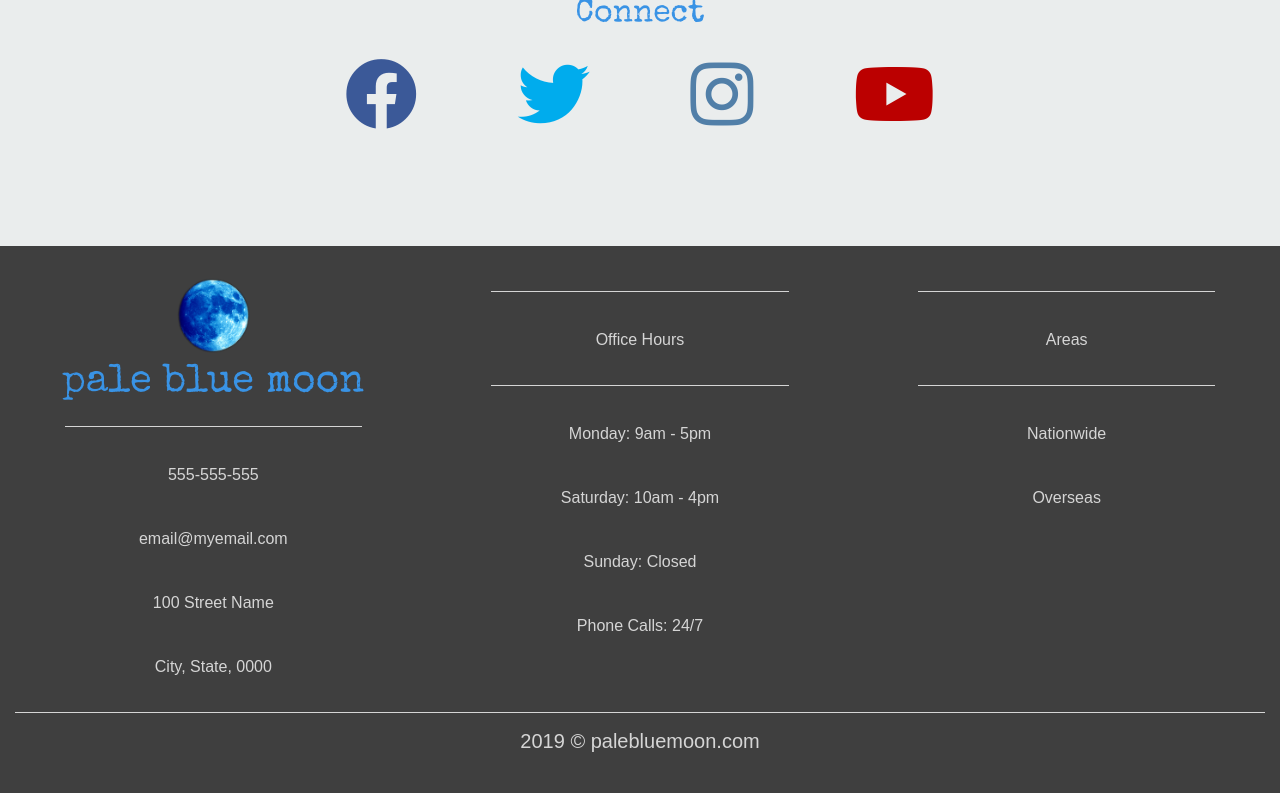
Repository: Skillabill/pale_blue_moon
Page: photos.html
The author's editor kept a record of every edit. The page is drawn from the files as they stood at one moment, then again after the next edit.
The browser window is 1280 px wide. The pictures show the part of the page from y = 1053 to 1870 px (the page is 1846 px tall before and 1870 px after).
A picture or video elsewhere on the page could not be fetched, so the positions and the page height are approximate. Some web fonts or font styles are not loaded; a fallback is used. Some web libraries are served in a nearby version.

Above is the page before.

### photos.html
<!DOCTYPE html>
<html lang="en">

<head>
    <meta charset="UTF-8">
    <meta name="viewport" content="width=device-width, initial-scale=1.0">
    <title>Pale Blue Moon</title>
    <meta http-equiv="X-UA-Compatible" content="ie=edge">
    <link rel="stylesheet" href="https://stackpath.bootstrapcdn.com/bootstrap/4.3.1/css/bootstrap.min.css" integrity="sha384-ggOyR0iXCbMQv3Xipma34MD+dH/1fQ784/j6cY/iJTQUOhcWr7x9JvoRxT2MZw1T" crossorigin="anonymous">
    <script src="https://code.jquery.com/jquery-3.3.1.slim.min.js" integrity="sha384-q8i/X+965DzO0rT7abK41JStQIAqVgRVzpbzo5smXKp4YfRvH+8abtTE1Pi6jizo" crossorigin="anonymous"></script>
    <script src="https://stackpath.bootstrapcdn.com/bootstrap/4.3.1/js/bootstrap.min.js" integrity="sha384-JjSmVgyd0p3pXB1rRibZUAYoIIy6OrQ6VrjIEaFf/nJGzIxFDsf4x0xIM+B07jRM" crossorigin="anonymous"></script>
    <script src="https://cdnjs.cloudflare.com/ajax/libs/popper.js/1.14.7/umd/popper.min.js" integrity="sha384-UO2eT0CpHqdSJQ6hJty5KVphtPhzWj9WO1clHTMGa3JDZwrnQq4sF86dIHNDz0W1" crossorigin="anonymous"></script>
    <link rel="stylesheet" href="https://use.fontawesome.com/releases/v5.8.1/css/all.css" integrity="sha384-50oBUHEmvpQ+1lW4y57PTFmhCaXp0ML5d60M1M7uH2+nqUivzIebhndOJK28anvf" crossorigin="anonymous">
    <link rel="stylesheet" href="https://cdnjs.cloudflare.com/ajax/libs/hover.css/2.3.1/css/hover-min.css" type="text/css" />
    <link rel="stylesheet" href="assets/css/style.css" type="text/css" />
    <link href="https://fonts.googleapis.com/css?family=Special+Elite&display=swap" rel="stylesheet">

</head>

<body>

    <!-- Navigation -->

    <nav class="navbar navbar-expand-md navbar-light bg-dark sticky-top">
        <div class="container-fluid">
            <a class="navbar-brand" href="index.html">
			    <span class="pbm">pale blue moon</span>
			</a>
            <button class="navbar-toggler" type="button" data-toggle="collapse" data-target="#navbarResponsive">
				<span class="navbar-toggler-icon"></span>
			</button>
            <div class="collapse navbar-collapse" id="navbarResponsive">
                <ul class="navbar-nav ml-auto">
                    <li class="nav-item active">
                        <a class="nav-link" href="index.html">Home</a>
                    </li>
                    <li class="nav-item">
                        <a class="nav-link" href="live.html">Live</a>
                    </li>
                    <li class="nav-item">
                        <a class="nav-link" href="bio.html">Bio</a>
                    </li>
                    <li class="nav-item">
                        <a class="nav-link" href="assets/photos.html">Photos</a>
                    </li>
                    <li class="nav-item">
                        <button class="nav-link btn-link" data-toggle="modal" data-target="#signUpModal">Sign Up</button>
                    </li>

                </ul>
            </div>
        </div>
    </nav>

    <!-- Main Picture -->

    <div class="col-md-12 main-pic-bg">
        <img class="main-pic" src="assets/images/pbm1.jpeg"></img>
    </div>

    <div class="table">
        <tr>
            <td></td>
            <td></td>
            <td></td>
            <td></td>
        </tr>
        <tr>
            <td></td>
            <td></td>
            <td></td>
            <td></td>
        </tr>
        <tr>
            <td></td>
            <td></td>
            <td></td>
            <td></td>
        </tr>
        <tr>
            <td></td>
            <td></td>
            <td></td>
            <td></td>
        </tr>
        <tr>
            <td></td>
            <td></td>
            <td></td>
            <td></td>
        </tr>
    </div>


    <!-- Connect -->

    <div class="container-fluid padding connect">
        <div class="row text-center padding">
            <div class="col-12">

                <h2>Connect</h2>
            </div>
            <div class="col-12 social padding connect">
                <a href="#"><i class="fab fa-facebook"></i></a>
                <a href="#"><i class="fab fa-twitter"></i></a>
                <a href="#"><i class="fab fa-instagram"></i></a>
                <a href="#"><i class="fab fa-youtube"></i></a>
            </div>
        </div>
    </div>

    <!-- Footer -->

    <footer>
        <div class="container-fluid padding">
            <div class="row text-center">
                <div class="col-md-4">
                    <img src="assets/images/moon.png" height="75px">
                    <div class="pbm">pale blue moon</div>
                    <hr class="light">
                    <p>555-555-555</p>
                    <p>email@myemail.com</p>
                    <p>100 Street Name</p>
                    <p>City, State, 0000</p>
                </div>
                <div class="col-md-4">
                    <hr class="light">
                    <p>Office Hours</p>
                    <hr class="light">
                    <p>Monday: 9am - 5pm</p>
                    <p>Saturday: 10am - 4pm</p>
                    <p>Sunday: Closed</p>
                    <p>Phone Calls: 24/7</p>
                </div>
                <div class="col-md-4">
                    <hr class="light">
                    <p>Areas</p>
                    <hr class="light">
                    <p>Nationwide</p>
                    <p>Overseas</p>
                </div>
                <div class="col-12">
                    <hr class="light-100">
                    <h5>2019 &copy; palebluemoon.com</h5>
                </div>
            </div>
        </div>
    </footer>

    <div class="modal" tabindex="-1" role="dialog" id="signUpModal">
        <div class="modal-dialog" role="document">
            <div class="modal-content">
                <div class="modal-header">
                    <h5 class="modal-title">Sign Up To Our Newsletter</h5>
                    <button type="button" class="close" data-dismiss="modal" aria-label="Close">
          <span aria-hidden="true">&times;</span>
        </button>
                </div>
                <div class="modal-body">
                    <form>
                        <div class="form-group">
                            <label for="exampleInputEmail1">Email address</label>
                            <input type="email" class="form-control" id="exampleInputEmail1" aria-describedby="emailHelp" placeholder="Enter email">
                            <small id="emailHelp" class="form-text text-muted">We'll never share your email with anyone else.</small>
                        </div>
                        <div class="form-group">
                            <label for="password">Password</label>
                            <input type="password" class="form-control" id="password" placeholder="Password">
                        </div>
                        <div class="form-group">
                            <label for="repeatPassword">Repeat Password</label>
                            <input type="password" class="form-control" id="repeatPassword" placeholder="Repeat Password">
                        </div>
                        <button type="submit" class="btn btn-success">Submit</button>
                    </form>
                </div>
            </div>
        </div>
    </div>


    <script src="https://code.jquery.com/jquery-3.3.1.slim.min.js" integrity="sha384-q8i/X+965DzO0rT7abK41JStQIAqVgRVzpbzo5smXKp4YfRvH+8abtTE1Pi6jizo" crossorigin="anonymous"></script>
    <script src="https://cdnjs.cloudflare.com/ajax/libs/popper.js/1.14.7/umd/popper.min.js" integrity="sha384-UO2eT0CpHqdSJQ6hJty5KVphtPhzWj9WO1clHTMGa3JDZwrnQq4sF86dIHNDz0W1" crossorigin="anonymous"></script>
    <script src="https://stackpath.bootstrapcdn.com/bootstrap/4.3.1/js/bootstrap.min.js" integrity="sha384-JjSmVgyd0p3pXB1rRibZUAYoIIy6OrQ6VrjIEaFf/nJGzIxFDsf4x0xIM+B07jRM" crossorigin="anonymous"></script>
</body>

</html>

### assets/css/style.css
@import url('https://fonts.googleapis.com/css?family=font-family:Luckiest Guy:100,200,300,400,500,600,700|Exo:100,200,300,400,500,600,700');

html,
body {
    height: 100%;
    width: 100%;
    font-family: 'Luckiest Guy', sans-serif;
}

.container,
.container-fluid,
.row {
    margin: 0;
    padding: 0;
}

p {
    margin: auto;
    padding: 20px;
}

/*---------------- NAV ------------------*/

.navbar {
    padding: .8rem;
}

.navbar-nav li {
    padding-right: 20px;
}

.nav-link {
    font-size: 1.1em;

}

.btn-link {
    background-color: transparent;
    border: none;
}

.pbm {
    font-family: 'Special Elite', cursive;
    color: #3993E5;
    font-size: 40px;
}

/*------------- MAIN PIC ------------------*/

.main-pic {
    width: 100%;
}

.main-pic-bg {
    background-color: #000;
}

/*-------------Live Page --------------*/

.live-body {
    background-image: url(../images/monkees.jpg);
    background-size: cover;
    background-repeat: no-repeat;

}

.live-shows {
    color: #fff;
    text-align: center;
}

table {
    background-color: rgba(28, 40, 51, 0.5);
    text-align: center;
    margin: auto;
    padding: 10px;
    color: #fff;
}

.table-1,
.table-2 {
    width: 60%;
}

/*--------------Bookings ----------------------*/

.bookings-bg {
    background-image: url(../images/band.jpg);
    background-size: cover;
    background-repeat: no-repeat;
}

.booking {
    margin: auto;
    width: 35%;
    background: rgba(28, 40, 51, 0.5);
    color: #fff;
    border-radius: 10px;
    text-align: center;
    padding: 20px;
    margin-top: 100px;
    margin-bottom: 100px;
    border: 2px solid #fff;

}

/*------------- SONGS -----------------------*/

.songs {
    background-color: #D5DBDB;
}

controls {
    background-color: #27AE60;
}

/*------------ WEDDINGS ---------------------*/

.wedding-pic {
    height: 100px;
    width: 100px;
}

.wed-rings-img {
    width: 280px;
    height: 199px;
}



.booking-btn {
    margin: auto;
    background-color: #DD340B;
    color: #fff;
    border-radius: 10px;
}

.booking-btn:hover {
    background-color: #fff;
    color: #DD340B;
    transition: .5s;
    border-color: #DD340B;
}

.padding {
    padding-bottom: 2rem;
}

.welcome {
    width: 75% margin: auto;
    padding-top: 2rem;
}

.welcome hr {
    border-top: 2px solid #3993E5;
    width: 95%;
    margin-top: .3rem;
    margin-bottom: 1rem;
}



/*-------------Meet the Band------------------*/

.band-bg {
    background-color: #000;
    color: #3993E5;
    font-family: 'Special Elite', cursive;
}

.band-bg-1 {
    background-color: #000;
    color: #000;
}

/*----------- VIDEO -------------------*/

.video {
    background-color: #000;
    color: #3993E5;
}

h2,
h3 {
    font-family: 'Special Elite', cursive;
    color: #3993E5;
}

/*----------- CONNECT -------------------*/

.social a {
    font-size: 4.5em;
    padding: 3rem;
}

.fa-facebook {
    color: #3b5998;
}

.fa-twitter {
    color: #00aced;
}

.fa-instagram {
    color: #517fa8;
}

.fa-youtube {
    color: #bb0000;
}

.fa-facebook:hover,
.fa-twitter:hover,
.fa-instagram:hover,
.fa-youtube:hover {
    color: #d5d5d5;
}

.connect {
    background-color: #EAEDED;
}

/*------------ FOOTER ------------------*/

footer {
    background-color: #3f3f3f;
    color: #d5d5d5;
    padding-top: 2rem;
}

hr.light {
    border-top: 1px solid #d5d5d5;
    width: 75%;
    margin-top: .8rem;
    margin-bottom: 1rem;
}

hr.light-100 {
    border-top: 1px solid #d5d5d5;
    width: 100%;
    margin-top: .8rem;
    margin-bottom: 1rem;
}

/*-------------LIVE-----------------*/

.live-img {
    margin: 0;
    padding: 0;
    width: 100%;
    height: 100%;
}

/*-----Media Queries ------*/

@media (max-width: 992px) {
    .social a {
        font-size: 4em;
        padding: 2rem;
    }
}

@media (max-width: 768px) {

    .display-4 {
        font-size: 200%;
    }
    .social a {
        font-size: 2.5em;
        padding: 1.2rem;
    }
    .video {
        width: 480px;
    }
}

@media (max-width: 576px) {

    .display-4 {
        font-size: 160%;
    }
    .social a {
        font-size: 2em;
        padding: .7rem;
    }
    .video {
        width: 380px;
    }
}

After the next edit:
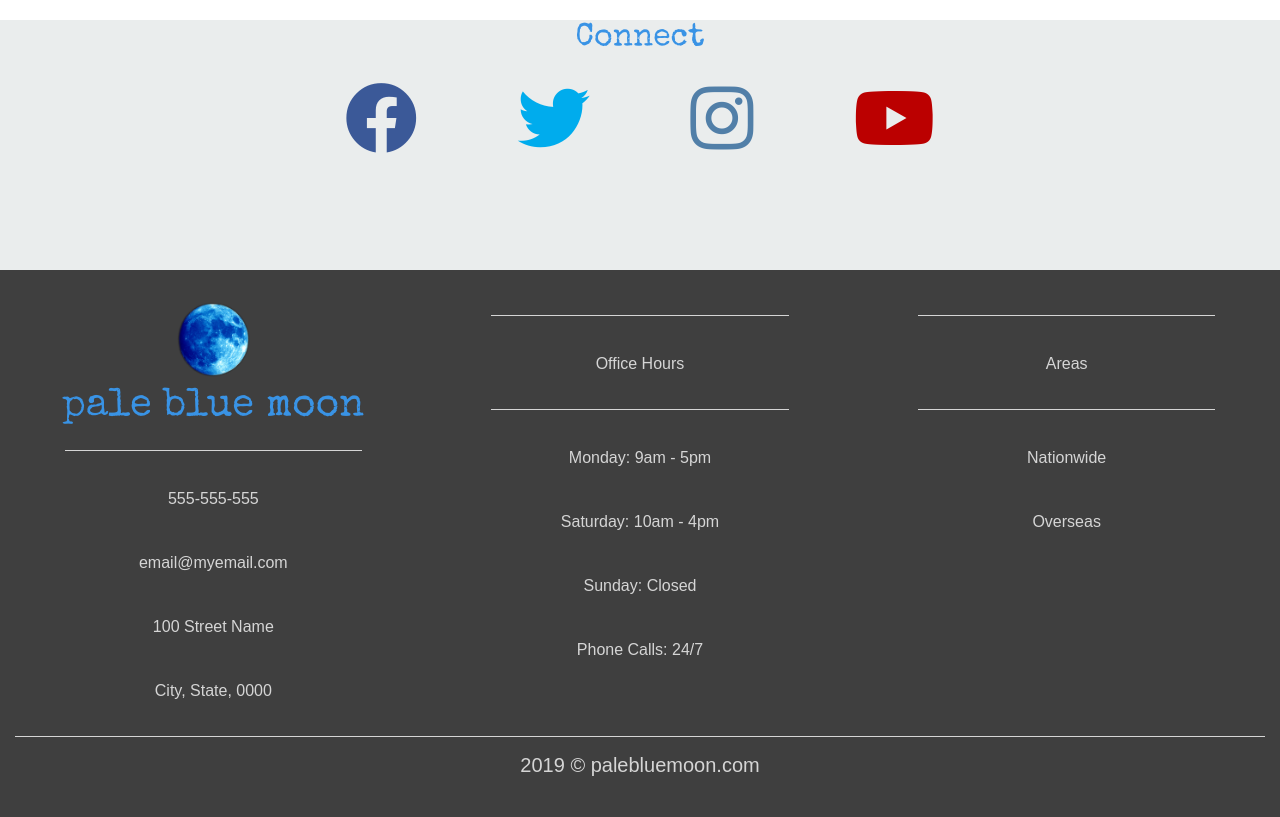
The edit:
--- a/photos.html
+++ b/photos.html
@@ -60,10 +60,10 @@
 
     <div class="table">
         <tr>
-            <td></td>
-            <td></td>
-            <td></td>
-            <td></td>
+            <td><img src=""></img></td>
+            <td><img src=""></img></td>
+            <td><img src=""></img></td>
+            <td><img src=""></img></td>
         </tr>
         <tr>
             <td></td>
